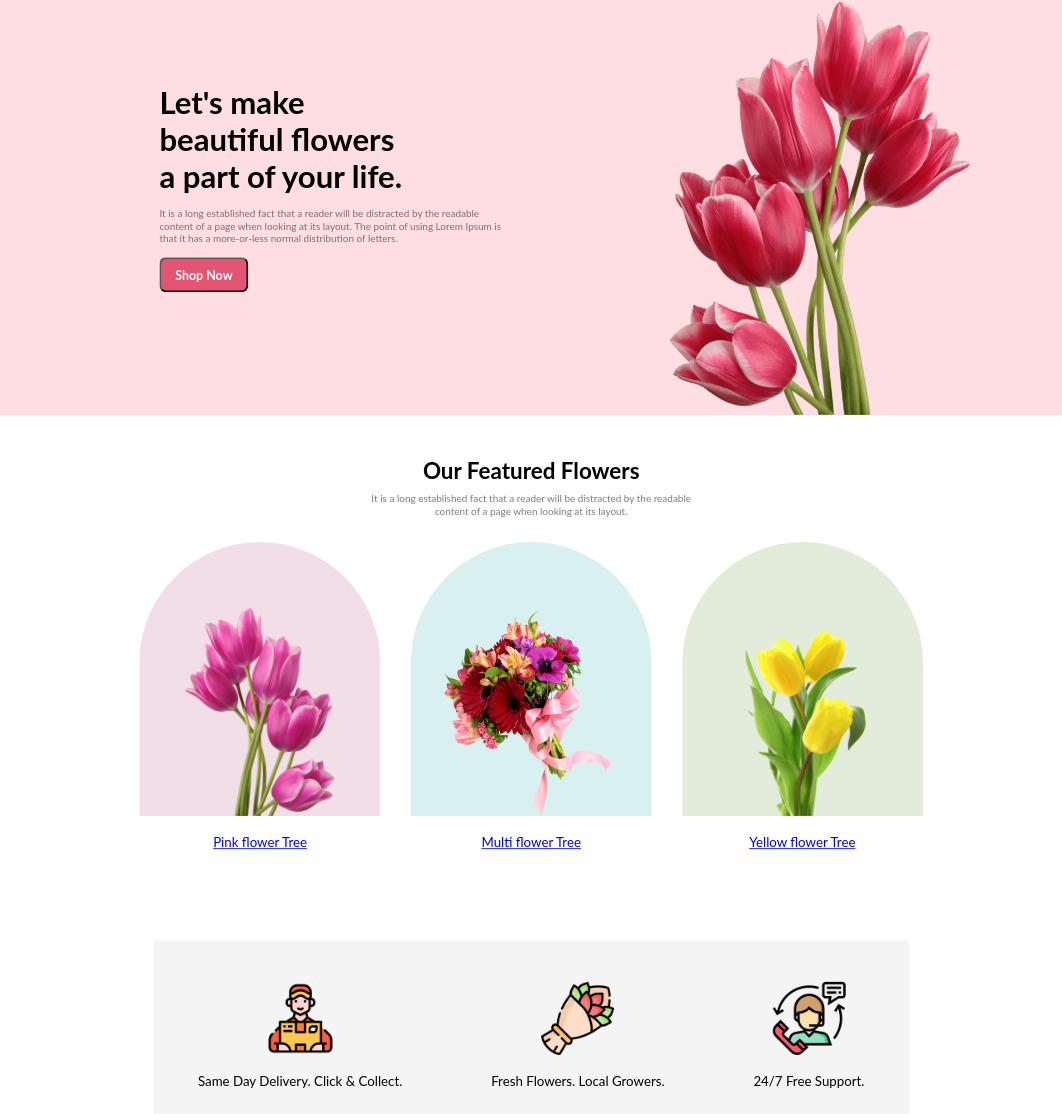
Repository: sadiaafsana138/Flower-Shop_Responsive
Page: index.html
The author's editor kept a copy of each file at every save. The page is drawn from the files as they stood at one save, then again after the next save.
The browser window is 1280 px wide. The pictures show the whole page, at 83% of full size.

Above is the page before, as saved 2023-08-30 04:56:43.

### index.html
<!DOCTYPE html>
<html lang="en">

<head>
    <meta charset="UTF-8">
    <meta name="viewport" content="width=device-width, initial-scale=1.0">
    <title>Flower Shop</title>
    <link rel="stylesheet" href="Flower.css">
</head>

<body>
    <header>
        <section class="Section1">
            <div>
                <div class="HeaderText" id="HeaderText1">
                    <h1>
                        Let's make<br>beautiful flowers<br>a part of your life.
                    </h1>
                </div>
                <div id="HeaderText2">
                    <p>
                        It is a long established fact that a reader will be distracted by the readable<br>content of a
                        page when looking at its layout. The point of using Lorem Ipsum is<br>that it has a more-or-less
                        normal distribution of letters.
                    </p>
                </div>
                <button class="Main_button">
                    Shop Now
                </button>
            </div>
            <div>
                <img src="Images/1.png" alt="Cover image" height="500px" width="400px">
            </div>
        </section>
    </header>
    <main>
        <section class="Section2">
            <div>
                <div id="Section_2_header1">
                    <h1>
                        Our Featured Flowers
                    </h1>
                </div>
                <div>
                    <p id="Section_2_header2">
                        It is a long established fact that a reader will be distracted by the readable<br>content of a
                        page when looking at its layout.
                    </p>
                </div>
            </div>
            <div class="Section_2_pictures">
                <div id="sec2_pic1">
                    <img src="Images/2.png" alt="" height="250px" width="180px">
                    <br>
                    <br>
                    <a href="https://flowersourcebd.com/" target="_blank">
                        Pink flower Tree
                    </a>
                </div>
                <div id="sec2_pic2">
                    <img src="Images/3.png" alt="" height="250px" width="230px">
                    <br>
                    <br>
                    <a href="https://flowersourcebd.com/" target="_blank">
                        Multi flower Tree
                    </a>
                </div>
                <div id="sec2_pic3">
                    <img src="Images/4.png" alt="" height="250px" width="180px">
                    <br>
                    <br>
                    <a href="https://flowersourcebd.com/" target="_blank">
                        Yellow flower Tree
                    </a>
                </div>
            </div>
        </section>
        <section class="Section3">
            <div class="Sec3_pic">
                <div>
                    <img src="Images/5.png" alt="">
                    <br>
                    <br>
                    <p>Same Day Delivery. Click & Collect.</p>
                </div>
                <div>
                    <img src="Images/6.png" alt="">
                    <br>
                    <br>
                    <p>Fresh Flowers. Local Growers.</p>
                </div>
                <div>
                    <img src="Images/7.png" alt="">
                    <br>
                    <br>
                    <p>24/7 Free Support.</p>
                </div>
            </div>
        </section>
        <section class="Section4"></section>
        <section class="Section5"></section>
        <section class="Section6"></section>
        <section class="Section7"></section>
        <section class="Section8"></section>
    </main>
    <footer>

    </footer>
</body>

</html>

### Flower.css
*{
    margin:0px;
    font-family: Lato;
    font-style: normal;
}
/*Section 1*/
.Section1{
    background-color: rgb(255, 222, 227);
    height:500px;
    width: 100%;
    display: flex;
    justify-content: space-around;
}
#HeaderText1{
    padding: 100px 70px 5px 100px;
    font-size:  25px;
    font-weight: 800;

}
#HeaderText2{
    padding: 10px 0px 5px 100px;
    font-size:  12px;
    font-weight: 400;
    color:rgba(39, 39, 39, 0.60);
}
.Main_button{
    border-radius: 8px;
    background: #E55473;
    color: #FFF;
    font-size: 15px;
    font-weight: 700;
    padding: 10px 17px;
    margin: 10px 0px 0px 100px;
}
/*Section 2*/
#Section_2_header1{
    padding: 50px 0px 10px 0px;
    font-size:  18px;
    font-weight: 800;
    text-align: center;
}
#Section_2_header2{
    font-size:  12px;
    font-weight: 400;
    color:rgba(39, 39, 39, 0.60);
    text-align: center;
}
.Section_2_pictures{
    margin: 30px 150px 0px;
    justify-content: space-around;
    display: flex;
}
#sec2_pic1{
    border-radius: 300px 300px 0px 0px;
    background: rgba(167, 33, 98, 0.15);
    height:250px ;
    width: 230px;
    padding: 80px 30px 0px 30px;
    text-align: center;
}
#sec2_pic2{
    border-radius: 300px 300px 0px 0px;
    background:rgba(5, 151, 160, 0.15);
    height: 250px;
    width: 230px;
    padding: 80px 30px 0px 30px;
    text-align: center;
}
#sec2_pic3{
    border-radius: 300px 300px 0px 0px;
    background: rgba(71, 125, 17, 0.15);
    height: 250px;
    width: 230px;
    padding: 80px 30px 0px 30px;
    text-align: center;

}
/*Section 3*/
.Sec3_pic{
    background: rgba(39, 39, 39, 0.05);
    margin: 150px 185px 0px;
    padding: 50px 0px 30px;
    justify-content: space-around;
    display: flex;
    text-align: center;
}

After the next save:
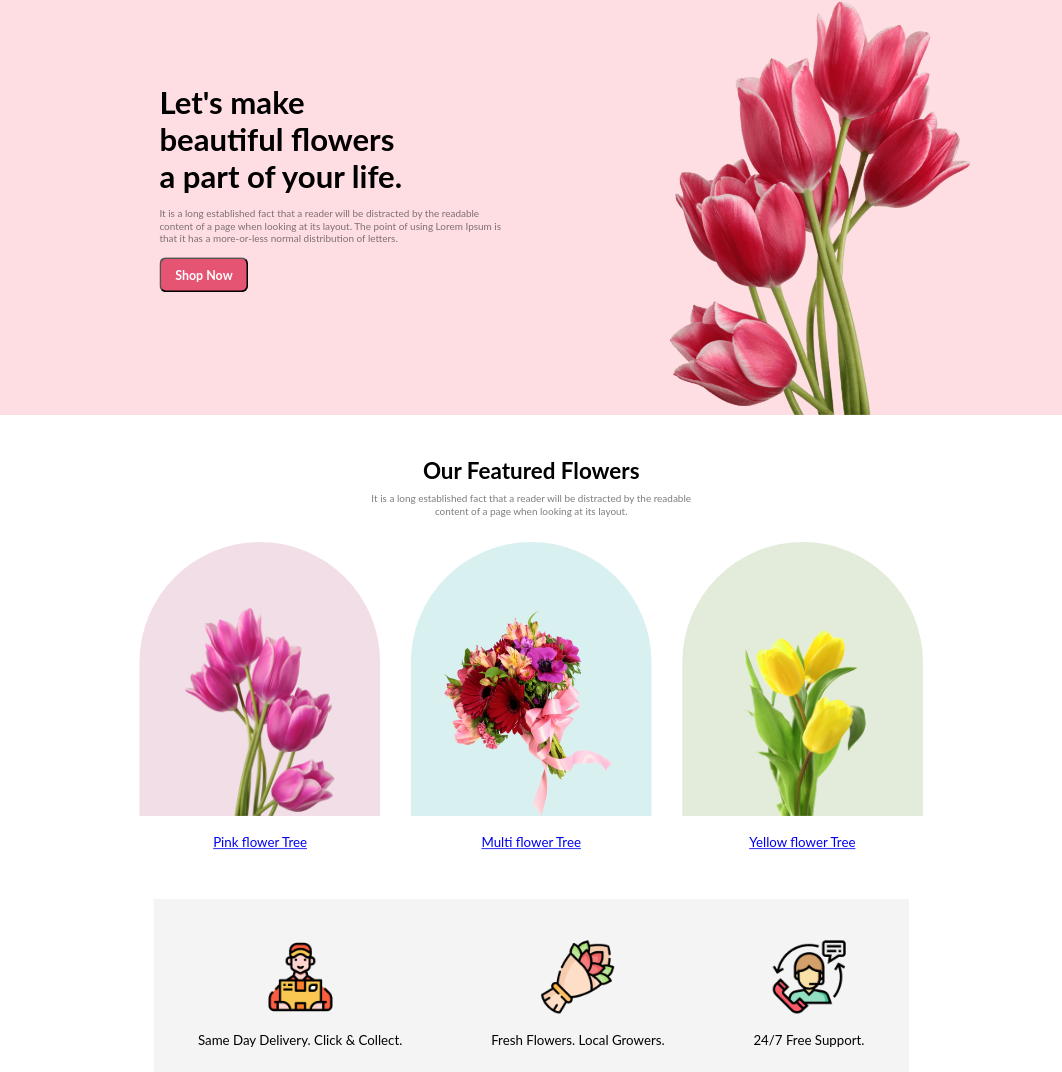
Saved 2 min 4 s later.
--- a/Flower.css
+++ b/Flower.css
@@ -78,7 +78,7 @@
 /*Section 3*/
 .Sec3_pic{
     background: rgba(39, 39, 39, 0.05);
-    margin: 150px 185px 0px;
+    margin: 100px 185px 0px;
     padding: 50px 0px 30px;
     justify-content: space-around;
     display: flex;
